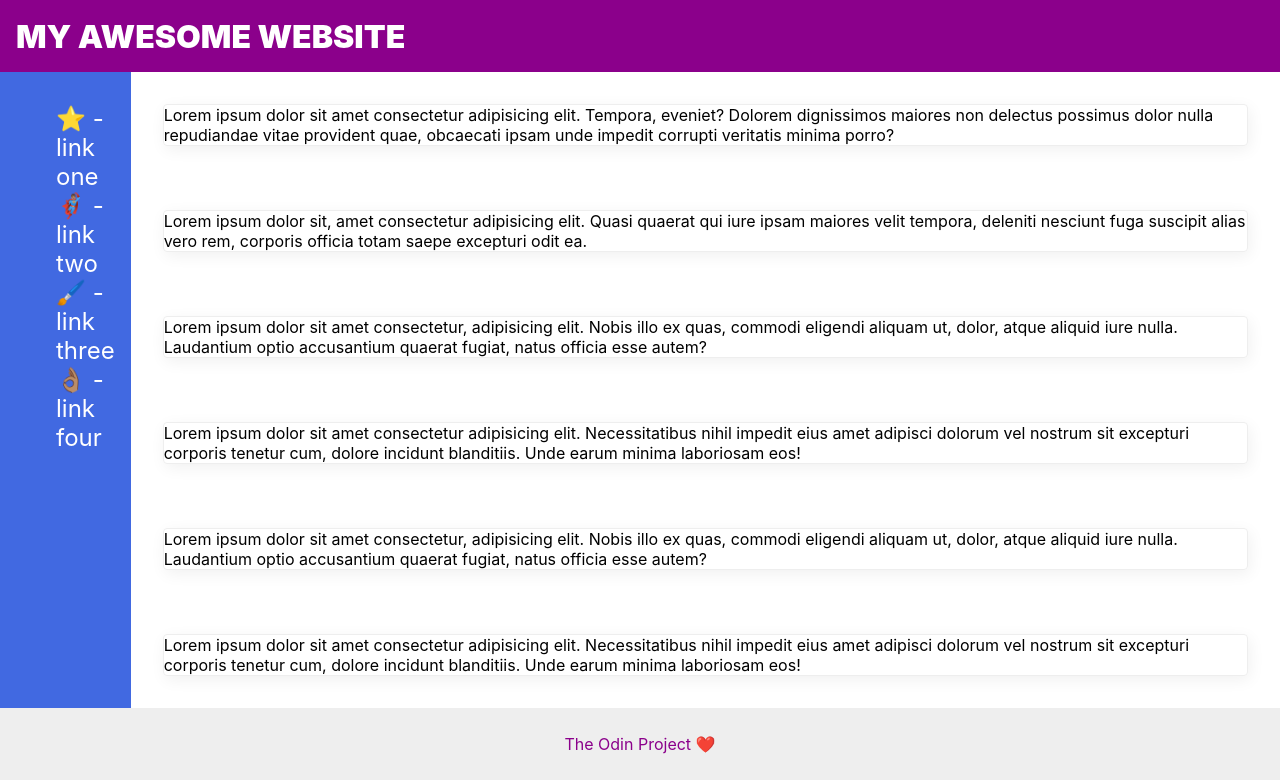
Repository: evemcd/odin_project
Page: 06-odin-css-flex/07-flex-layout-2/index.html
The author's editor kept a copy of each file at every save. The page is drawn from the files as they stood at one save, then again after the next save.
The browser window is 1280 px wide. The pictures show the whole page.

Above is the page before, as saved 2022-02-04 10:10:02.

### 06-odin-css-flex/07-flex-layout-2/index.html
<!DOCTYPE html>
<html lang="en">

<head>
    <meta charset="UTF-8">
    <meta http-equiv="X-UA-Compatible" content="IE=edge">
    <meta name="viewport" content="width=device-width, initial-scale=1.0">
    <title>The Holy Grail</title>
    <link rel="stylesheet" href="style.css">
</head>

<body>
    <div class="header">
        MY AWESOME WEBSITE
    </div>
    <div class="container">
        <div class="sidebar">
            <ul>
                <li><a href="google.com">⭐ - link one</a></li>
                <li><a href="google.com">🦸🏽‍♂️ - link two</a></li>
                <li><a href="google.com">🖌️ - link three</a></li>
                <li><a href="google.com">👌🏽 - link four</a></li>
            </ul>
        </div>
        <div class="container2">
            <div class="card">Lorem ipsum dolor sit amet consectetur adipisicing elit. Tempora, eveniet? Dolorem
                dignissimos
                maiores non delectus possimus dolor nulla repudiandae vitae provident quae, obcaecati ipsam unde impedit
                corrupti veritatis minima porro?</div>
            <div class="card">Lorem ipsum dolor sit, amet consectetur adipisicing elit. Quasi quaerat qui iure ipsam
                maiores
                velit tempora, deleniti nesciunt fuga suscipit alias vero rem, corporis officia totam saepe excepturi
                odit
                ea.
            </div>
            <div class="card">Lorem ipsum dolor sit amet consectetur, adipisicing elit. Nobis illo ex quas, commodi
                eligendi
                aliquam ut, dolor, atque aliquid iure nulla. Laudantium optio accusantium quaerat fugiat, natus officia
                esse
                autem?</div>
            <div class="card">Lorem ipsum dolor sit amet consectetur adipisicing elit. Necessitatibus nihil impedit eius
                amet adipisci dolorum vel nostrum sit excepturi corporis tenetur cum, dolore incidunt blanditiis. Unde
                earum
                minima laboriosam eos!</div>
            <div class="card">Lorem ipsum dolor sit amet consectetur, adipisicing elit. Nobis illo ex quas, commodi
                eligendi
                aliquam ut, dolor, atque aliquid iure nulla. Laudantium optio accusantium quaerat fugiat, natus officia
                esse
                autem?</div>
            <div class="card">Lorem ipsum dolor sit amet consectetur adipisicing elit. Necessitatibus nihil impedit eius
                amet adipisci dolorum vel nostrum sit excepturi corporis tenetur cum, dolore incidunt blanditiis. Unde
                earum
                minima laboriosam eos!</div>
        </div>
    </div>
    <div class="footer">
        The Odin Project ❤️
    </div>
</body>

</html>

### 06-odin-css-flex/07-flex-layout-2/style.css
body {
    font-family: -apple-system, BlinkMacSystemFont, 'Segoe UI', Roboto, Oxygen, Ubuntu, Cantarell, 'Open Sans', 'Helvetica Neue', sans-serif;
    margin: 0;
    min-height: 100vh;
    box-sizing: border-box;
}

.header {
    height: 72px;
    background: darkmagenta;
    color: white;
    font-size: 32px;
    font-weight: 900;
    display: flex;
    align-items: center;
    padding-left: 16px;
}

.footer {
    height: 72px;
    background: #eee;
    color: darkmagenta;
    display: flex;
    align-items: center;
    justify-content: center;
}

.sidebar {
    width: 300px;
    background: royalblue;
    padding: 16px;
}

.card {
    border: 1px solid #eee;
    box-shadow: 2px 4px 16px rgba(0, 0, 0, .06);
    border-radius: 4px;
    /* width: 40%; */
    margin: 32px;
}

.container {
    display: flex;
}

.container2 {
    display: flex;
    flex-wrap: wrap;
}

.sidebar ul {
    list-style: none;
}

.sidebar a {
    font-size: 24px;
    color: white;
    text-decoration: none;
}

After the next save:
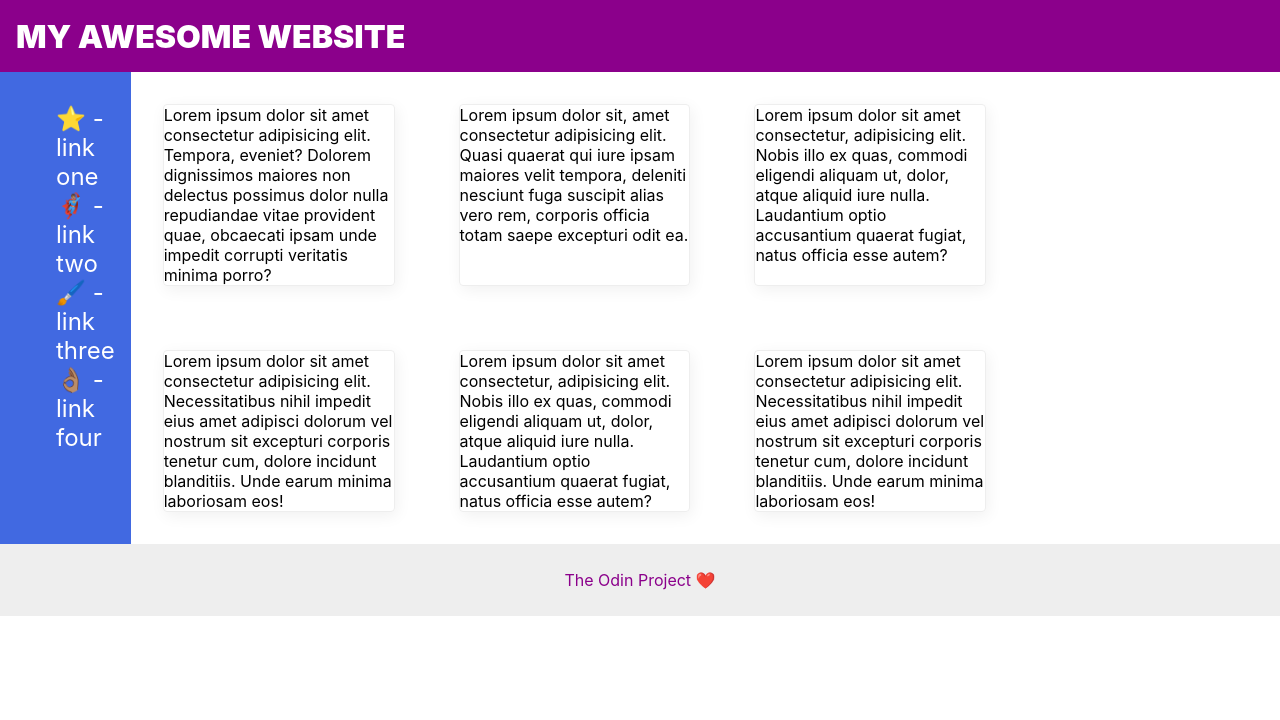
Saved 22 s later.
--- a/06-odin-css-flex/07-flex-layout-2/style.css
+++ b/06-odin-css-flex/07-flex-layout-2/style.css
@@ -35,7 +35,7 @@ body {
     border: 1px solid #eee;
     box-shadow: 2px 4px 16px rgba(0, 0, 0, .06);
     border-radius: 4px;
-    /* width: 40%; */
+    width: 20%;
     margin: 32px;
 }
 
